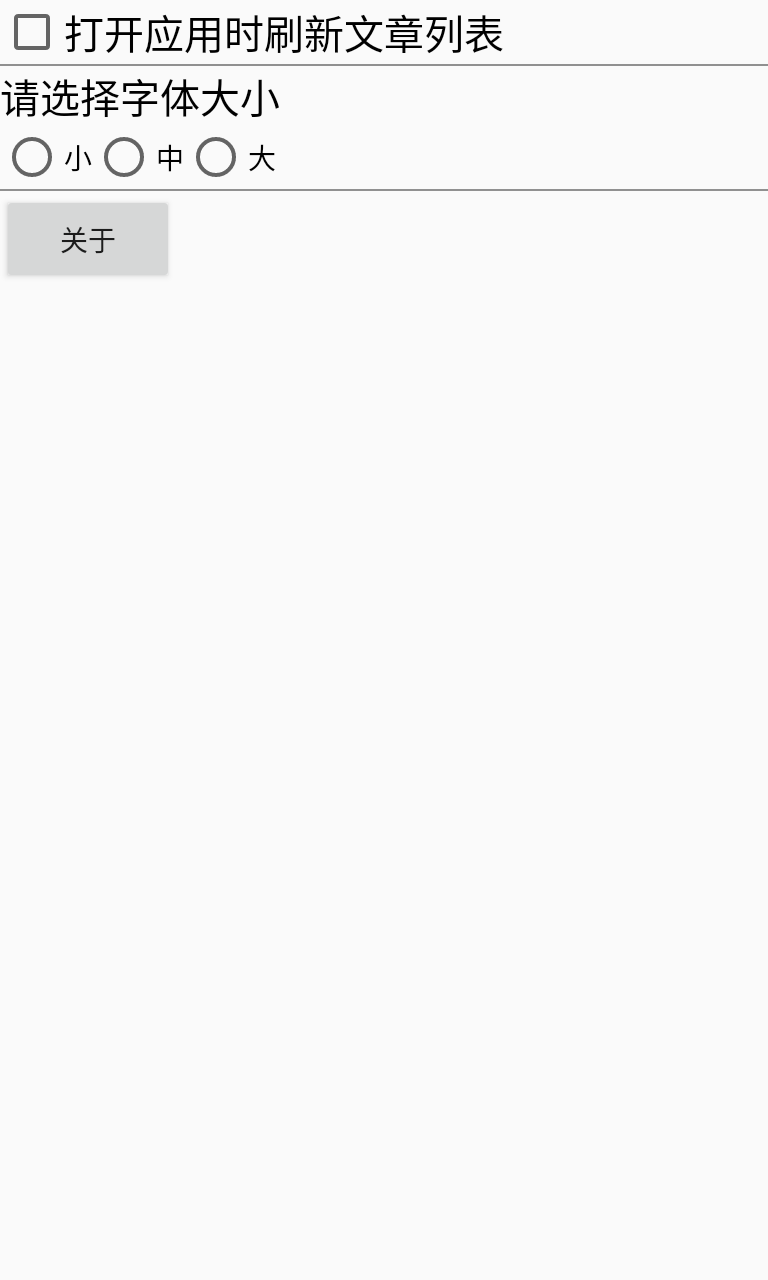
Repository: xdrush/MyRssReader
Layout: MyRssReader/res/layout/setting_show.xml
These files come from the project's save history. The layout is drawn as it stood at one moment and after the next save; the edit follows.
It is drawn on a 768 x 1280 px phone screen (xhdpi) without system bars, with theme AppTheme; the app's code is not run.

Above is the layout before, as saved 2015-07-31 12:08:46.

### MyRssReader/res/layout/setting_show.xml
<?xml version="1.0" encoding="utf-8"?>
<LinearLayout xmlns:android="http://schemas.android.com/apk/res/android"
    android:layout_width="wrap_content"
    android:layout_height="wrap_content"
    android:orientation="vertical" >

    <RelativeLayout
        android:layout_width="fill_parent"
        android:layout_height="wrap_content"
        android:gravity="left" >

        <CheckBox
    		android:id="@+id/checkbox1"
    		android:layout_height="wrap_content"
    		android:layout_width="wrap_content"
    		android:text="打开应用时刷新文章列表"
    		android:textSize="9pt" />
    </RelativeLayout>

    <View
        android:layout_width="fill_parent"
        android:layout_height="1dip"
        android:background="#FF909090" />

    <LinearLayout
    	android:orientation="vertical"
        android:layout_width="fill_parent"
        android:layout_height="wrap_content"
        android:gravity="left" >

        <TextView
        	android:id="@+id/show_tips"
      		android:layout_width="fill_parent"
      		android:layout_height="wrap_content"
     		android:text="请选择字体大小"
     		android:textSize="9pt"
     		android:textColor="#000000" />

		<RadioGroup
			android:id="@+id/text_size"
			android:layout_height="wrap_content"
			android:layout_width="fill_parent"
			android:orientation="horizontal" >

			<RadioButton
                android:id="@+id/text_small"
                android:layout_height="wrap_content"
                android:layout_width="wrap_content"
                android:text="小" ></RadioButton>
            <RadioButton
                android:id="@+id/text_medium"
                android:layout_height="wrap_content"
                android:layout_width="wrap_content"
                android:text="中" ></RadioButton>
            <RadioButton
                android:id="@+id/text_big"
                android:layout_height="wrap_content"
                android:layout_width="wrap_content"
                android:text="大" ></RadioButton>
		</RadioGroup>
    </LinearLayout>

    <View
        android:layout_width="fill_parent"
        android:layout_height="1dip"
        android:background="#FF909090" />

    <Button
    	android:id="@+id/about_page"
    	android:layout_width="wrap_content"
    	android:layout_height="wrap_content"
    	android:text="关于" />

</LinearLayout>

Loaded but not shown: MyRssReader/res/values/styles.xml (common file); MyRssReader/res/values-v11/styles.xml (common file); MyRssReader/res/values-v14/styles.xml (common file)

After the next save:
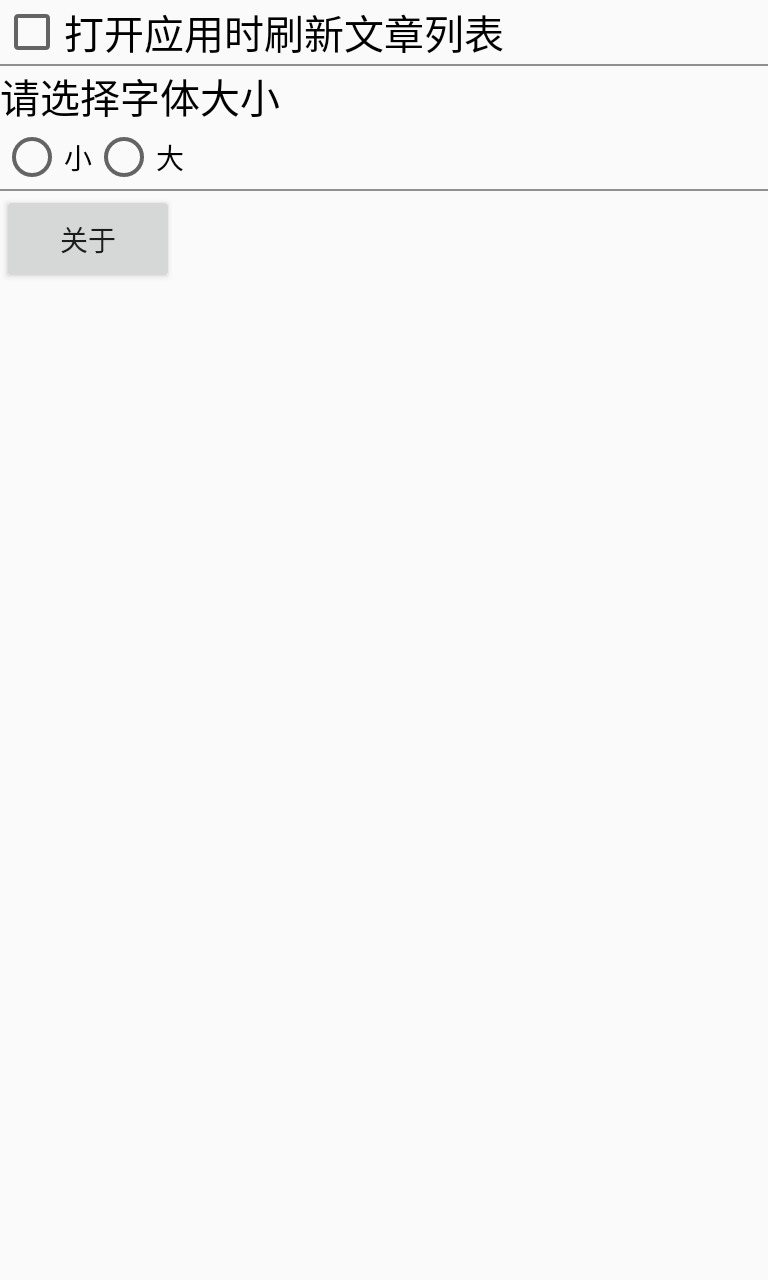
Saved 2 min 1 s later.
--- a/MyRssReader/res/layout/setting_show.xml
+++ b/MyRssReader/res/layout/setting_show.xml
@@ -51,11 +51,6 @@
                 android:id="@+id/text_medium"
                 android:layout_height="wrap_content"
                 android:layout_width="wrap_content"
-                android:text="中" ></RadioButton>
-            <RadioButton
-                android:id="@+id/text_big"
-                android:layout_height="wrap_content"
-                android:layout_width="wrap_content"
                 android:text="大" ></RadioButton>
 		</RadioGroup>
     </LinearLayout>
